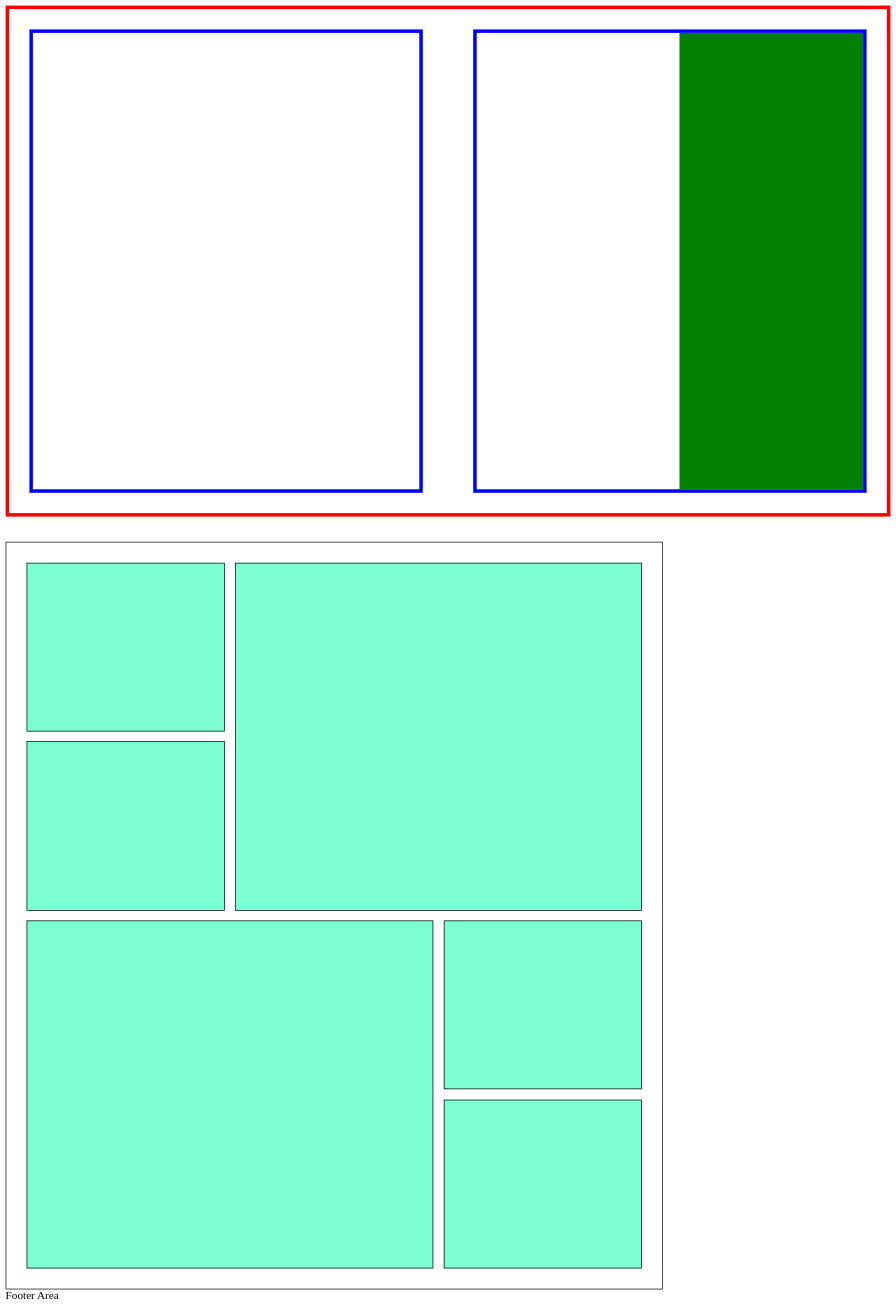
Repository: BwesewB/Brutalist-Website
Page: /
An editor plug-in stored every save of this project. The page is shown before and after the next save, followed by the edit.
The browser window is 1280 px wide. The pictures show the whole page, at 70% of full size.
The project was rebuilt for these pictures with package versions that can differ from the ones it lists, and the page was loaded fresh each time. The framework's server and built-in components were replaced by stand-ins that run in the browser. Also part of the build but not shown: next.config.mjs.

Above is the page before, as saved 2024-02-03 17:28:59.

### pages/index.js
import Head from "next/head";
import Image from "next/image";
import styles from "@/styles/Home.module.css";
import { useState } from "react";



export default function Home() {

  const[input,setInput] = useState();


  const classFilters = {
    1: 'Magician',
    2: 'Theif',
    4: 'Warrior',
    8: 'Bowman',
    16: 'Pirate',
    32: 'Nothing'
  }

const getClassStyle = flagValue => (input & flagValue) > 0 ? { backgroundColor: 'yellow'} : null;

  return (
    <>
      <Head>
        <title>Create Next App</title>
        <meta name="description" content="Generated by create next app" />
        <meta name="viewport" content="width=device-width, initial-scale=1" />
        <link rel="icon" href="/favicon.ico" />
      </Head>
      <main className={`${styles.main}`}>
        <div className={styles.titlePage}>
          <div className={styles.graphic}></div>
          <div className={styles.displayPanel}>
          <div className={styles.inputArea}></div>
          </div>
        </div>
        <div className={styles.displayArea}>
          <div className={styles.posterOne}></div>
          <div className={styles.posterTwo}></div>
          <div className={styles.posterThree}></div>
          <div className={styles.posterFour}></div>
          <div className={styles.posterFive}></div>
          <div className={styles.posterSix}></div>
        </div>
      </main>
      <footer>
        Footer Area
      </footer>
    </>
  );
}

{/* <div class="inputArea">
<input
id="input"
type="text"
placeholder="bitmask decimal value"
value={input}
onChange={event => setInput(event.target.value)}
/>
</div>
<div class="posterArea" >                                                             need to change to posters
<table>
  <tbody>
    {
      Object.keys(classFilters).map(item => (
        <tr key={item} style={getClassStyle(item)}>
          <td>{item}</td>
          <td>{classFilters[item]}</td>
        </tr>
      ))
    }
  </tbody>
</table>
</div> */}

### styles/globals.css
:root{

}

### styles/Home.module.css
.main {
  display:grid;
  grid-template-columns: repeat(4, 1fr);
  gap:5vh;
}

/* <div class="titlePage">
<div class="graphic"></div>
<div class="inputArea"></div>
</div>
<div class="displayArea">
<div class="posterOne"></div>
<div class="posterTwo"></div>
<div class="posterThree"></div>
<div class="posterFour"></div>
<div class="posterFive"></div>
<div class="posterSix"></div>
</div> */

.titlePage{
  height:100vh;
  grid-column: 1/5;
  border: 5px solid red;
/*---------------------------------------------------------------------------------------------------------*/
  display:grid;
  grid-template-columns: repeat(2, 1fr);
  gap:2vh;
}

.graphic, .displayPanel{
  border: 5px solid blue;
  margin:4vh;
}

.graphic{
  grid-column: 1/2;

}

.displayPanel{
  grid-column: 2/3;
  display:grid;
  grid-template-columns: repeat(2, 1fr);
  gap:4vh
}

.inputArea{
  grid-column: 2/3;
  border-left: 5px solid green;
  background-color: green;
}

/*---------------------------------------------------------------------------------------------------------*/
.displayArea {
  grid-column: 1/4;
/*--------------------------------------------------------------------------------------------------------- This needs to be in a component*/
  display: grid;
  grid-template-columns: repeat(3, 1fr);
  grid-template-rows: repeat(4, 1fr);
  gap: 2vh;
  border: 1px solid black;
  height:140vh;
  padding: 4vh;
}
/*---------------------------------------------------------------------------------------------------------*/

.posterOne,
.posterTwo,
.posterThree,
.posterFour,
.posterFive,
.posterSix {
  background-color: aquamarine;
  border: 1px solid black;
}

.posterTwo{
  grid-column: 2/4;
  grid-row: 1/3;
}

.posterFour{
  grid-column: 1/3;
  grid-row: 3/5;
}

Loaded but not shown: pages/_app.js (common file); pages/_document.js (common file)

After the next save:
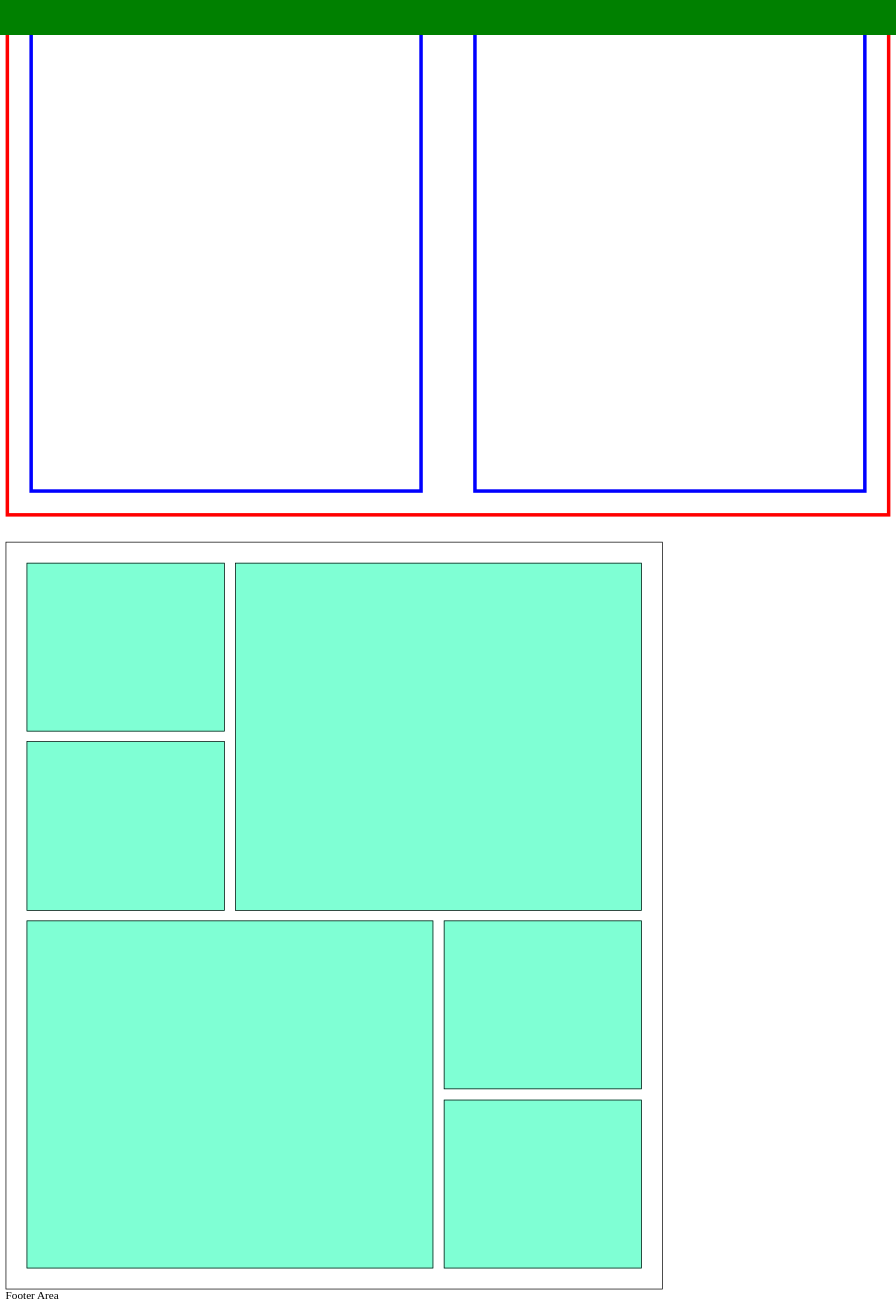
Saved 22 s later.
--- a/styles/Home.module.css
+++ b/styles/Home.module.css
@@ -39,15 +39,19 @@
 
 .displayPanel{
   grid-column: 2/3;
-  display:grid;
   grid-template-columns: repeat(2, 1fr);
   gap:4vh
 }
 
 .inputArea{
-  grid-column: 2/3;
+  position:fixed;
   border-left: 5px solid green;
   background-color: green;
+  position: fixed;
+  top: 0; /* Adjust as needed */
+  left: 0; /* Adjust as needed */
+  width: 100%; /* Make it full width */
+  height: 50px; /* Set your desired height */
 }
 
 /*---------------------------------------------------------------------------------------------------------*/
